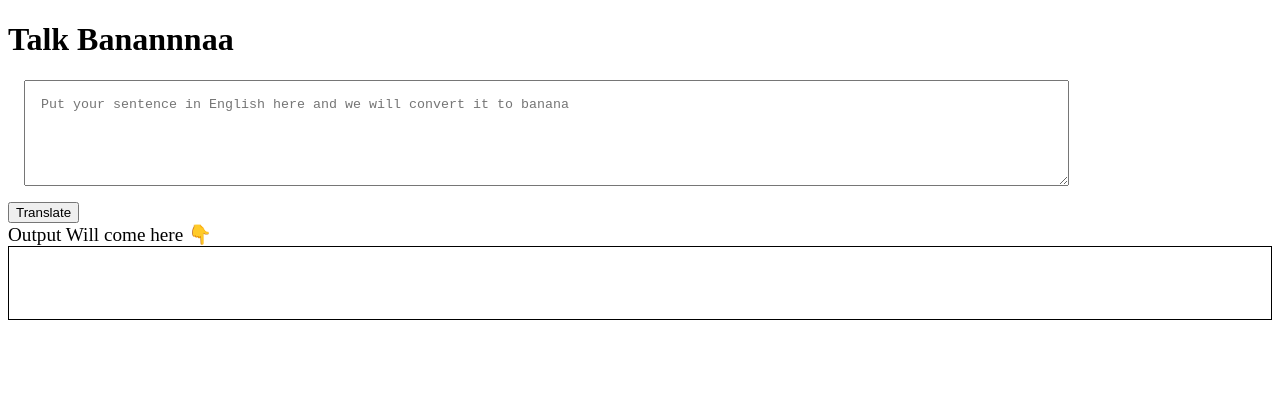
Repository: sohan2503001/Avator-speak
Page: index.html
These files come from the project's save history. The page is drawn as it stood at one moment and after a run of saves; the edit follows.
The browser window is 1280 px wide. The pictures show the whole page.

Above is the page before, as saved 2021-04-21 00:33:59.
Console error: TypeError: Cannot read properties of null (reading 'addEventListener')

### index.html
<!DOCTYPE html>
<html lang="en">

<head>
    <meta charset="UTF-8">
    <meta http-equiv="X-UA-Compatible" content="IE=edge">
    <meta name="viewport" content="width=device-width, initial-scale=1.0">
    <title>Banana Speak</title>
    <link rel="stylesheet" href="style.css">
</head>

<body>
    <h1>Talk Banannnaa</h1>
    <textarea id="txt-input" placeholder="Put your sentence in English here and we will convert it to banana"></textarea>
    <button id="btn-translate" onclick="clickHandler()">Translate</button>

    <div style="font-size: larger;">Output Will come here 👇</div>
    <div id="output"></div>

    <script src="app.js" type="text/javascript"></script>
</body>

</html>

### style.css
textarea{
    width: 80%;
    height: 10vh;
    display: block;
    margin: 1rem;
    padding: 1rem;
}

#output{
    border: 1px solid black;
    height: 10vh;
    width: ;
}

### app.js
var btnTranslate = document.getElementById("#btn-translate");
var textInput = document.getElementById("#txt-input");

console.log(textInput);

function clickHandler() {
    console.log("Clicked");
    console.log("input" , textInput.value)
};

btnTranslate.addEventListener("click" , clickHandler);

After the next 8 saves:
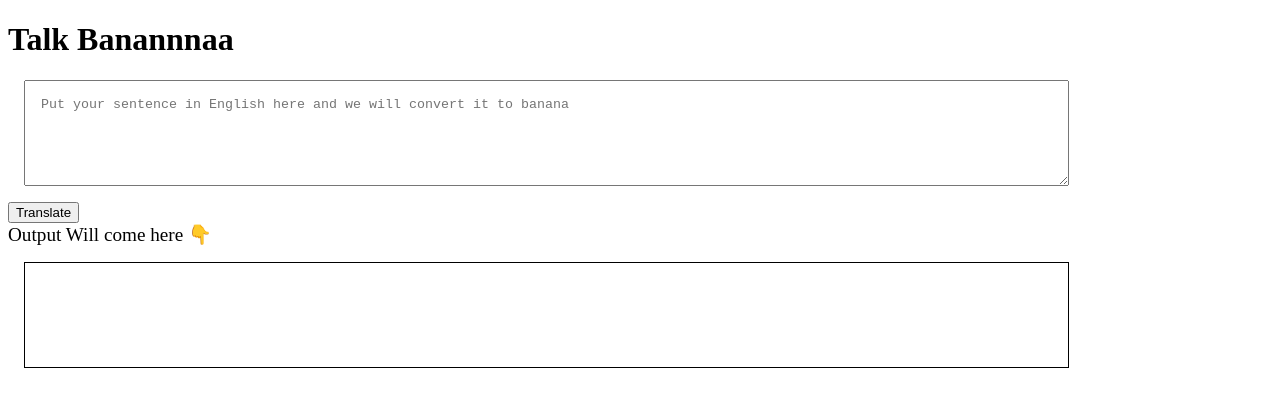
The 8 saves are shown as one change because they came seconds apart.
The last was saved 20 s later.
--- a/style.css
+++ b/style.css
@@ -9,5 +9,7 @@ textarea{
 #output{
     border: 1px solid black;
     height: 10vh;
-    width: ;
+    width: 80%;
+    margin: 1rem;
+    padding: 1rem;
 }
